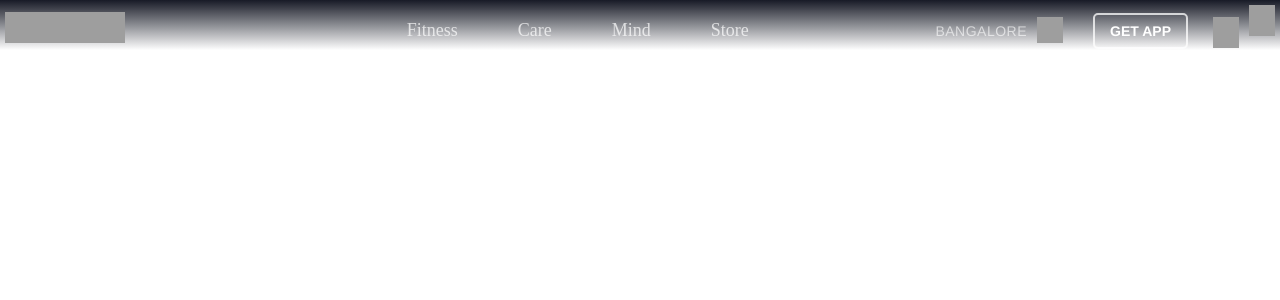
Repository: 1sanjeetsharma/cult-fit-clone
Page: /
An editor plug-in stored every save of this project. The page is shown before and after the next save, followed by the edit.
The browser window is 1280 px wide. The pictures show the whole page.
Pictures or frames that could not be fetched are drawn as grey boxes. Some web fonts or font styles are not loaded; a fallback is used. The project was rebuilt for these pictures with package versions that can differ from the ones it lists, and the page was loaded fresh each time. Also part of the build but not shown: vite.config.js, src/components/body/footer/Footer.jsx.

Above is the page before, as saved 2023-07-31 17:14:40.

### src/App.jsx
import LandingPage from "./components/landingPage/LandingPage";
function App() {
	return (
		<>
			{/* <h1>Hello from app</h1> */}
			<LandingPage />
		</>
	);
}

export default App;

### src/components/landingPage/LandingPage.jsx
import Body from "../body/body";
// import Header from "../body/header/Header";
const LandingPage = () => {
	return (
		<>
			<Body></Body>
		</>
	);
};
export default LandingPage;

### src/components/body/body.jsx
import Header from "./header/Header";
import Footer from "./footer/Footer";
import "./body.css";
const Body = () => {
	console.log("hello from body");
	return (
		<>
			<Header />

			{/* <Footer /> */}
		</>
	);
};
export default Body;

### src/components/body/header/Header.jsx
import Navbar from "../Navbar/Navbar";
const Header = () => {
	return (
		<>
			<Navbar />
		</>
	);
};
export default Header;

### src/components/body/body.css
/*
//not working these font  */
@font-face {
	font-family: inter-bold;
	src: url("https://fonts.googleapis.com/css2?family=Inter:wght@700&display=swap");
}
@font-face {
	font-family: helvetica-neue;
	src: url("https://fonts.cdnfonts.com/css/helvetica-neue-5");
}
body {
	font-family: inter-bold, helvetica-neue;
}

### src/components/body/Navbar/Navbar.jsx
import "./navbar.css";
const Navbar = () => {
	return (
		<>
			<div className="Nav-container">
				<nav>
					<a href="javascript:viod(0)">
						<img
							className="logo"
							height={"31px"}
							width={"120px"}
							src="https://cdn-images.cure.fit/www-curefit-com/image/upload/c_fill,w_120,q_auto:eco,dpr_2,f_auto,fl_progressive//image/test/brand-logo/vman-and-white-cult-text.png"
							alt="logo"
						/>
					</a>
					<div className="tabs">
						<a href="javascript:void(0)">Fitness</a>
						<a href="javascript:void(0)">Care</a>
						<a href="javascript:void(0)">Mind</a>
						<a href="javascript:void(0)">Store</a>
					</div>
					<div className="btns">
						<div className="location">
							<div className="loc-text">BANGALORE</div>
							<div className="loc-img" width="26px" height="26px">
								<img
									src="https://cdn-images.cure.fit/www-curefit-com/image/upload/c_fill,w_26,q_auto:eco,dpr_2,f_auto,fl_progressive/image/test/header/location.png"
									width={"26px"}
									height={"26px"}
									loading="lazy"
									alt="location"
								/>
							</div>
						</div>
						<div className="get-app">
							<button>GET APP</button>
						</div>
						<div className="avatar">
							<button>
								<img
									className="btn-img"
									src="https://cdn-images.cure.fit/www-curefit-com/image/upload/c_fill,w_26,q_auto:eco,dpr_2,f_auto,fl_progressive/image/test/header/Profile.png"
									alt="profile picture"
									width="26px"
									height="26px"
								/>
							</button>
						</div>
						<button className="cart">
							<img
								className="btn-img"
								src="https://cdn-images.cure.fit/www-curefit-com/image/upload/c_fill,q_auto:eco,dpr_2,f_auto,fl_progressive//image/test/cart-dark-theme.svg"
								alt="cart"
								width="26px"
								height="26px"
							/>
						</button>
					</div>
				</nav>
			</div>
		</>
	);
};
export default Navbar;

### src/components/body/Navbar/navbar.css
* {
	margin: 0px;
	padding: 0px;
	box-sizing: border-box;
	line-height: 1.42;
}
a {
	text-decoration: none;
	cursor: pointer;
}
.Nav-container {
	position: fixed;
	/* display: flexbox; */
	top: 0px;
	/* height: 60px; */
	width: 100%;

	/* align-content: center; */
	/* text-align: center; */
	/* background-color: #00000077; */
	box-sizing: border-box;
	/* z-index: 2; */
}

.logo,
.btn-img {
	height: 31px;
}
nav {
	display: flex;
	height: 50px;
	padding: 5px;
	flex-flow: row wrap;
	align-items: center;
	justify-content: space-between;
	background-image: linear-gradient(
		to bottom,
		#171a26,
		rgba(23, 26, 38, 0.0001)
	);
}
.tabs {
	/* color: #fff; */
	display: flex;
	flex-direction: row;
	justify-content: spae-between;
	margin-left: 110px;
}
.tabs > a {
	height: 100%;
	color: #fff;
	transition: all 150ms ease;
	opacity: 70%;
	padding: 0 30px;
	line-height: 22px;
	font-size: 18px;
}
.bnts {
	display: flex;
	align-items: center;
	/* flex-direction: row; */
}
.location {
	display: inline-flex;
	flex-direction: row;
	background: transparent;
	/* outline: none; */
	/* box-shadow: none; */
	line-height: 22px;
	font-size: 14px;
	text-align: center;
	margin: auto;
	padding: 7px 15px;
	border-radius: 5px;
	transition: all 100ms ease;
	color: rgb(255 255 255/ 60%);
}
.location:hover {
	background: rgb(255 255 255 / 10%);
}
.location > .loc-text {
	text-align: center;
	cursor: pointer;
	margin: 0;
	margin-top: 0px;
	margin-right: 0px;
	color: rgb(255 255 255 / 60%);
	font-size: 14px;
	font-family: Inter-Regular, Helvetica Neue, Helvetica, Roboto, Arial,
		sans-serif;
	letter-spacing: 0.5px;
	line-height: 22px;
	margin-right: 10px;
	margin-top: 3px;
	max-width: 95px;
	overflow: hidden;
	text-overflow: ellipsis;
	white-space: nowrap;
}
.location > .loc-img {
	width: 26px;
	min-height: fit-content;
	overflow: hidden;
	position: relative;
}
.location > img {
	vertical-align: middle;
	position: relative;
	opacity: 1;
	transition: opacity 150ms ease 0s;
	top: 0px;
	left: 0px;
	width: 100%;
}
button {
	all: unset;
	cursor: pointer;
	/* text-align: center; */
	margin: auto;
}
button:focus {
	outline: revert;
}
.get-app {
	display: inline-block;
}
.get-app > button {
	margin-inline: 15px;
	font-family: Inter-Medium, Helvetica Neue, Helvetica, Roboto, Arial,
		sans-serif;
	transition: all 250ms ease;
	color: white;
	border: 2px solid rgba(255, 255, 255, 0.75);
	font-size: 14px;
	line-height: 18px;
	border-radius: 5px;
	font-weight: 700;
	padding: 7px 15px;
}
.avatar {
	display: inline-block;
	/* box-sizing: border-box; */
	/* border-radius: 50%; */
	/* padding: 10px; */
}
.avatar > button:hover {
	background: rgb(255 255 255 / 10%);
}
.avatar > button {
	border-radius: 50%;
	padding: 10px;
	width: 26px;
	height: 26px;
}
.avatar > button > img {
	vertical-align: middle;
}
.cart {
	/* border */
}

Loaded but not shown: index.html (common file); src/main.jsx (common file)

After the next save:
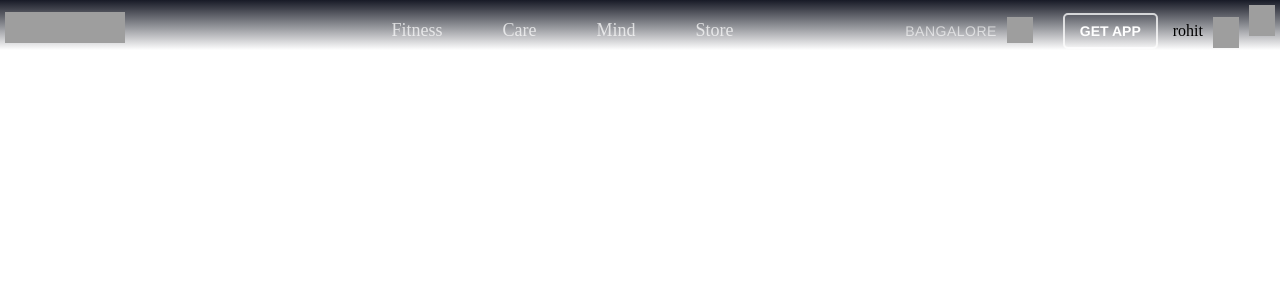
Saved 3 h 17 min later.
--- a/src/components/body/Navbar/Navbar.jsx
+++ b/src/components/body/Navbar/Navbar.jsx
@@ -35,6 +35,7 @@
 						<div className="get-app">
 							<button>GET APP</button>
 						</div>
+						rohit
 						<div className="avatar">
 							<button>
 								<img

After the save that followed:
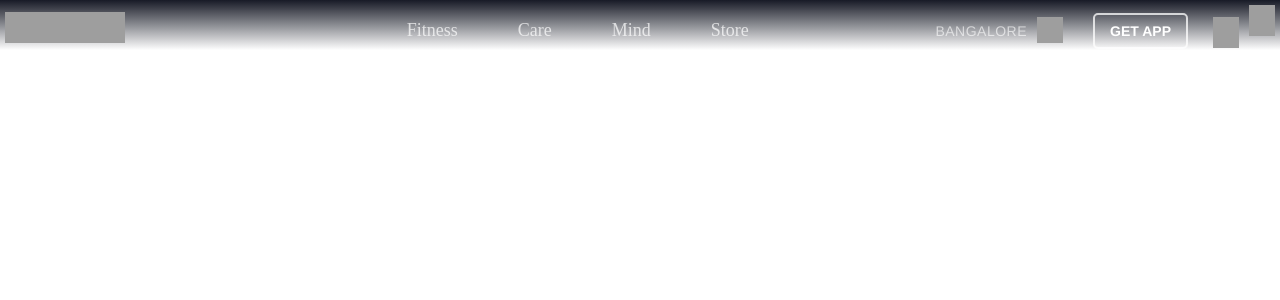
Saved 10 s later.
--- a/src/components/body/Navbar/Navbar.jsx
+++ b/src/components/body/Navbar/Navbar.jsx
@@ -35,7 +35,7 @@
 						<div className="get-app">
 							<button>GET APP</button>
 						</div>
-						rohit
+
 						<div className="avatar">
 							<button>
 								<img
